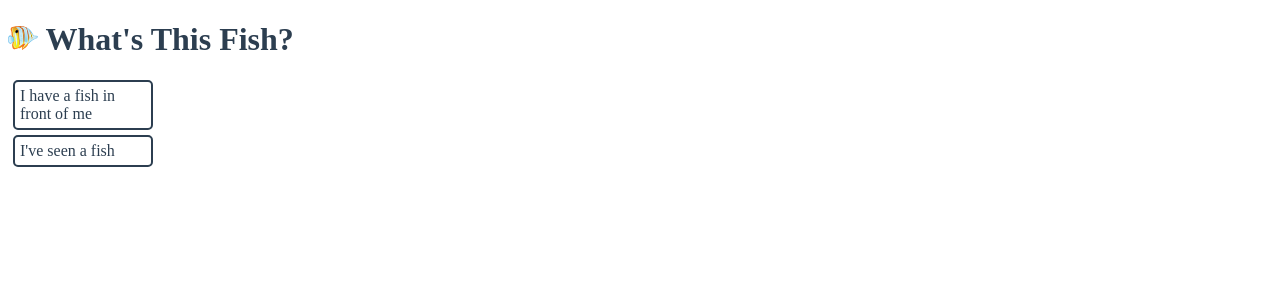
Repository: ulyfm/whatsthis.fish
Page: FishServer/externalpages/index.html
These files come from the project's save history. The page is drawn as it stood at one moment and after the next save; the edit follows.
The browser window is 1280 px wide. The pictures show the whole page.
Some web fonts or font styles are not loaded; a fallback is used.

Above is the page before, as saved 2017-01-04 18:08:10.

### FishServer/externalpages/index.html
<!DOCTYPE html>
<html>
	<head>
		<title>WhatsThisFish</title>
		<link rel='stylesheet' type='text/css' href='fish.css'>
		<script src='fish.js' type='text/javascript'></script>
		<link href="https://fonts.googleapis.com/css?family=Alegreya" rel="stylesheet">
	</head>
	<body>
		<h1><img src='drivingthattrainhighoncocaine.svg' id='logo'>  What's This Fish?</h1>
		<a href='/havefish.html' class='c1'>I have a fish in front of me</a>
		<a href='/havefish.html' class='c1'>I've seen a fish</a>
	</body>
</html>

### FishServer/externalpages/fish.css
html{
	background: #ffffff;
	color: #2c3e50;
}
h1 {
	font-family: 'Alegreya', serif;
}
#logo {
	width: 30px;
	display: inline;
}
.c1 {
	text-decoration: none;
	color: #2c3e50;
	padding: 5px;
	margin: 5px;
	border: 2px solid;
	border-radius: 5px;
	display: block;
	width: 10%;
}
.c1:active {

}

Loaded but not shown: FishServer/externalpages/fish.js (no stored copy; drawn as an empty file)

After the next save:
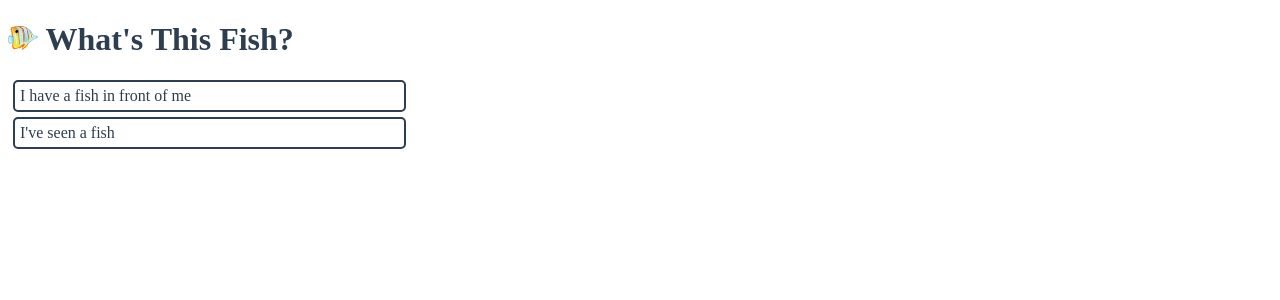
Saved 7 s later.
--- a/FishServer/externalpages/fish.css
+++ b/FishServer/externalpages/fish.css
@@ -17,7 +17,7 @@ h1 {
 	border: 2px solid;
 	border-radius: 5px;
 	display: block;
-	width: 10%;
+	width: 30%;
 }
 .c1:active {
 
